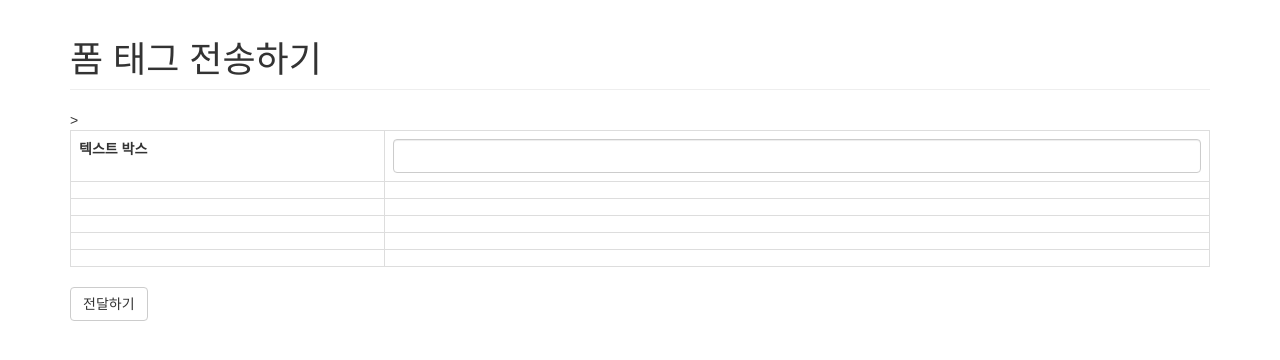
Repository: kimgyuseok/Server
Page: http://localhost/JSPTest/ex04.jsp
These files come from the project's save history. The page is drawn as it stood at one moment and after the next save; the edit follows.
The browser window is 1280 px wide. The pictures show the whole page.
The page is served by Tomcat 9.

Above is the page before, as saved 2022-01-06 03:43:23.

After the next save:
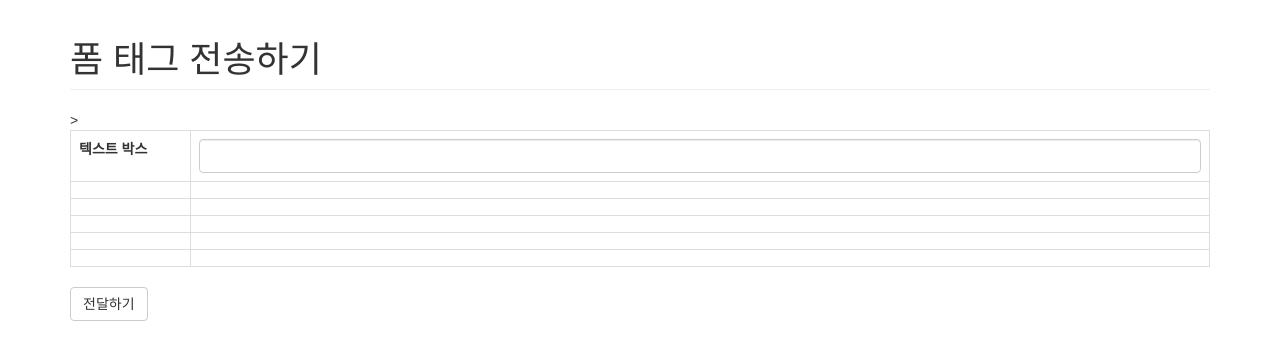
Saved 21 s later.
--- a/JSPTest/src/main/webapp/ex04.jsp
+++ b/JSPTest/src/main/webapp/ex04.jsp
@@ -8,6 +8,10 @@
 <meta charset="UTF-8">
 <title>Insert title here</title>
 <%@ include file="/inc/asset.jsp" %>
+<style>
+	table { width:600px; }
+	th { width: 120px; }
+</style>
 </head>
 <body>
 
